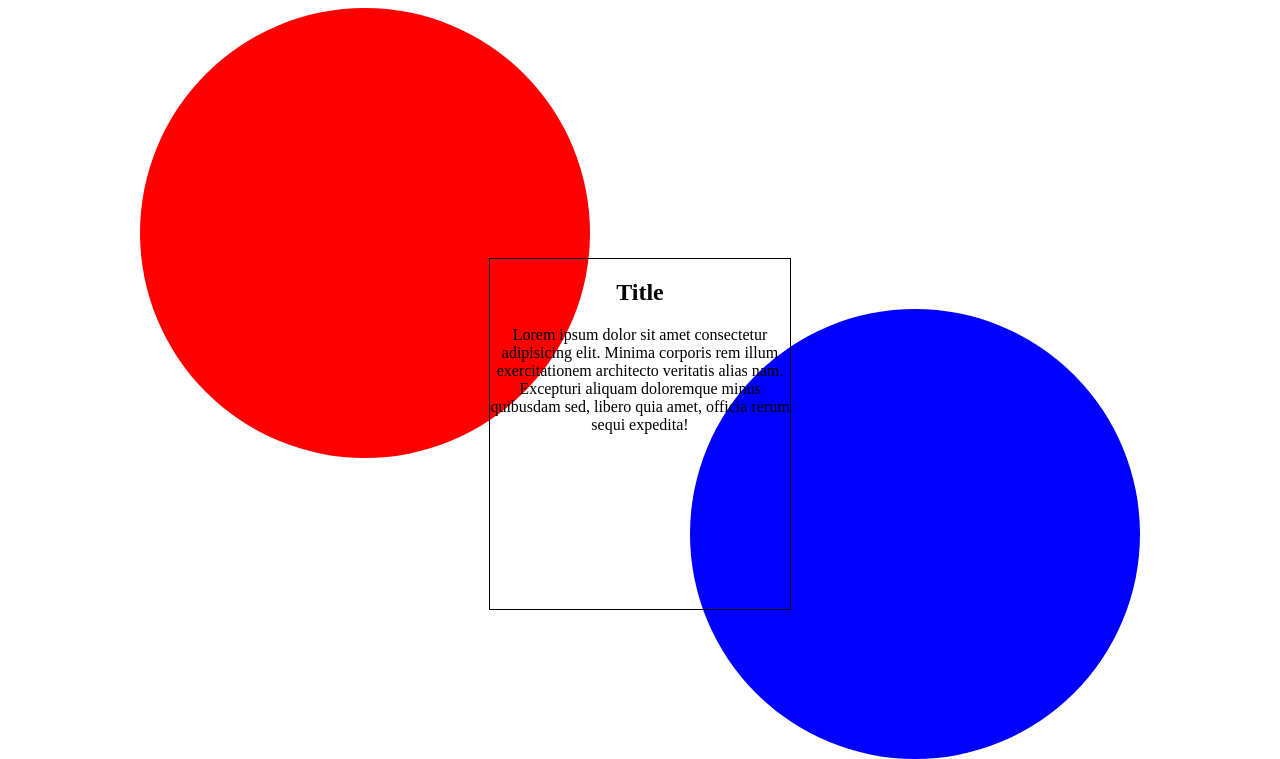
Repository: dovanluyen1996/Test-Git-PR
Page: index.html
These files come from the project's save history. The page is drawn as it stood at one moment and after the next save; the edit follows.
The browser window is 1280 px wide. The pictures show the whole page.

Above is the page before, as saved 2021-09-06 23:30:40.

### index.html
<!DOCTYPE html>
<html lang="en">
  <head>
    <meta charset="UTF-8" />
    <meta http-equiv="X-UA-Compatible" content="IE=edge" />
    <meta name="viewport" content="width=device-width, initial-scale=1.0" />
    <title>TestVsCode</title>
    <link rel="stylesheet" href="css/style.css" />
  </head>

  <body>
    <div class="container">
      <div class="test1"></div>
      <div class="test2"></div>

      <div class="center">
        <div class="item-center">
          <h2>Title</h2>
          <p class="text">
            Lorem ipsum dolor sit amet consectetur adipisicing elit. Minima
            corporis rem illum exercitationem architecto veritatis alias nam.
            Excepturi aliquam doloremque minus quibusdam sed, libero quia amet,
            officia rerum sequi expedita!
          </p>
        </div>
      </div>
    </div>
  </body>
</html>

### css/style.css
body {
}
body::before {
  content: "";
}
.container {
  width: 1000px;
  margin: 0 auto;
  position: relative;
}
.test1 {
  width: 450px;
  height: 450px;
  background-color: red;
  border-radius: 50%;
}
.test2 {
  width: 450px;
  height: 450px;
  background-color: blue;
  border-radius: 50%;
  position: absolute;
  right: 0;
  top: 50%;
}
.item-center {
  width: 300px;
  height: 350px;
  border: 1px solid black;
  text-align: center;
  margin: 0 auto;
  position: relative;
  margin-top: -200px;
  box-shadow: ;
}

After the next save:
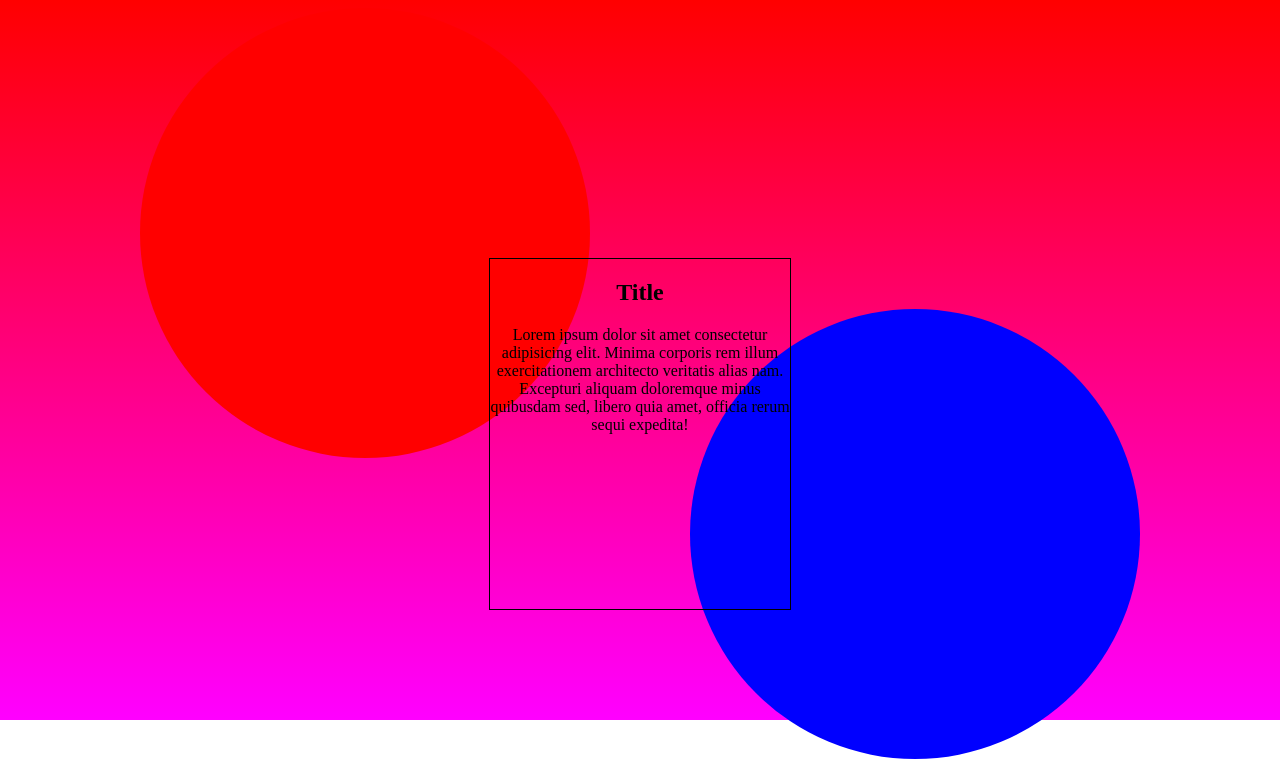
Saved 68 s later.
--- a/css/style.css
+++ b/css/style.css
@@ -2,6 +2,12 @@ body {
 }
 body::before {
   content: "";
+  position: absolute;
+  top: 0;
+  left: 0;
+  width: 100%;
+  height: 100%;
+  background: linear-gradient(#f00, #f0f);
 }
 .container {
   width: 1000px;
